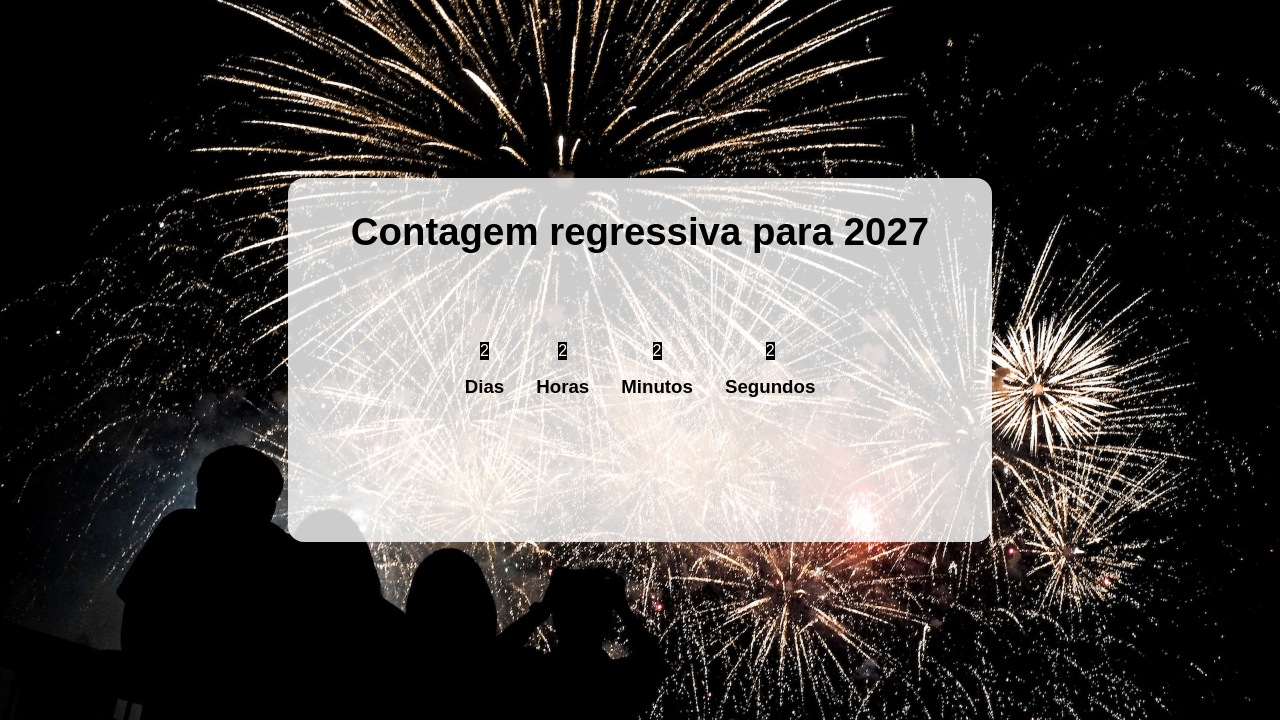
Repository: Bitroia/countdown_timer
Page: / (app in countdown/)
These files come from the project's save history. The page is drawn as it stood at one moment and after the next save; the edit follows.
The browser window is 1280 px wide. The pictures show the whole page.
The project was rebuilt for these pictures with package versions that can differ from the ones it lists, and the page was loaded fresh each time. Also part of the build but not shown: countdown/vite.config.js.

Above is the page before, as saved 2026-07-07 19:12:38.

### countdown/index.html
<!doctype html>
<html lang="en">
  <head>
    <meta charset="UTF-8" />
    <link rel="icon" type="image/svg+xml" href="/favicon.svg" />
    <meta name="viewport" content="width=device-width, initial-scale=1.0" />
    <title>countdown</title>
  </head>
  <body>
    <div id="root"></div>
    <script type="module" src="/src/main.jsx"></script>
  </body>
</html>

### countdown/src/index.css
* {
  margin: 0;
  padding: 0;
  font-family: Arial, Helvetica, sans-serif;

}

body {
  min-height: 100vh;
}

### countdown/src/App.jsx
import "./App.css";
import Title from "./components/Title";
import Counter from "./components/Counter";
import NewYear from "./assets/newyear.jpg";

function App() {
  return (

    <div className="app" style={{ backgroundImage: `url(${NewYear})` }}>
      <div className="container">
        <Title title="Contagem regressiva para 2027" />
        <div className="countdown-container">
          <Counter title="Dias" number={2} />
          <Counter title="Horas" number={2} />
          <Counter title="Minutos" number={2} />
          <Counter title="Segundos" number={2} />
        </div>
      </div>
    </div>
  );
}

export default App;

### countdown/src/App.css
.app {
  min-height: 100vh;
  background-size: cover;
  background-position: center;
  display: flex;
  justify-content: center;
  align-items: center;
}

.container {
  min-width: 50%;
  min-height: 300px;
  background-color: rgba(255, 255, 255, 0.8);
  padding: 2rem;
  border-radius: 1rem;
}

.countdown-container {
  display: flex;
  justify-content: center;
  align-items: center;
  height: 200px;
  gap: 2rem;
}

### countdown/src/components/Title.jsx
import React from 'react'
import './Title.css'

const Title = ({title}) => {
  return (
    <h1 className='title'>{title}</h1>
  )
}

export default Title

### countdown/src/components/Counter.jsx
import React from "react";
import "./Counter.css";

const Counter = ({ title, number }) => {
  return (
    <div className="counter">
      <p className="counter-number">{number}</p>
      <h3 className="counter-text">{title}</h3>
    </div>
  );
};

export default Counter;

### countdown/src/components/Title.css
.title {
  text-align: center;
  margin-bottom: 1rem;
  font-size: 2.4rem;
}

### countdown/src/components/Counter.css
.counter{
    display: flex;
    flex-direction: column;
    align-items: center;
    gap: 1rem;
    justify-content: center;
}

.counter-number{
    background-color: #000;
    color: #fff;


}

Loaded but not shown: countdown/src/main.jsx (common file)

After the next save:
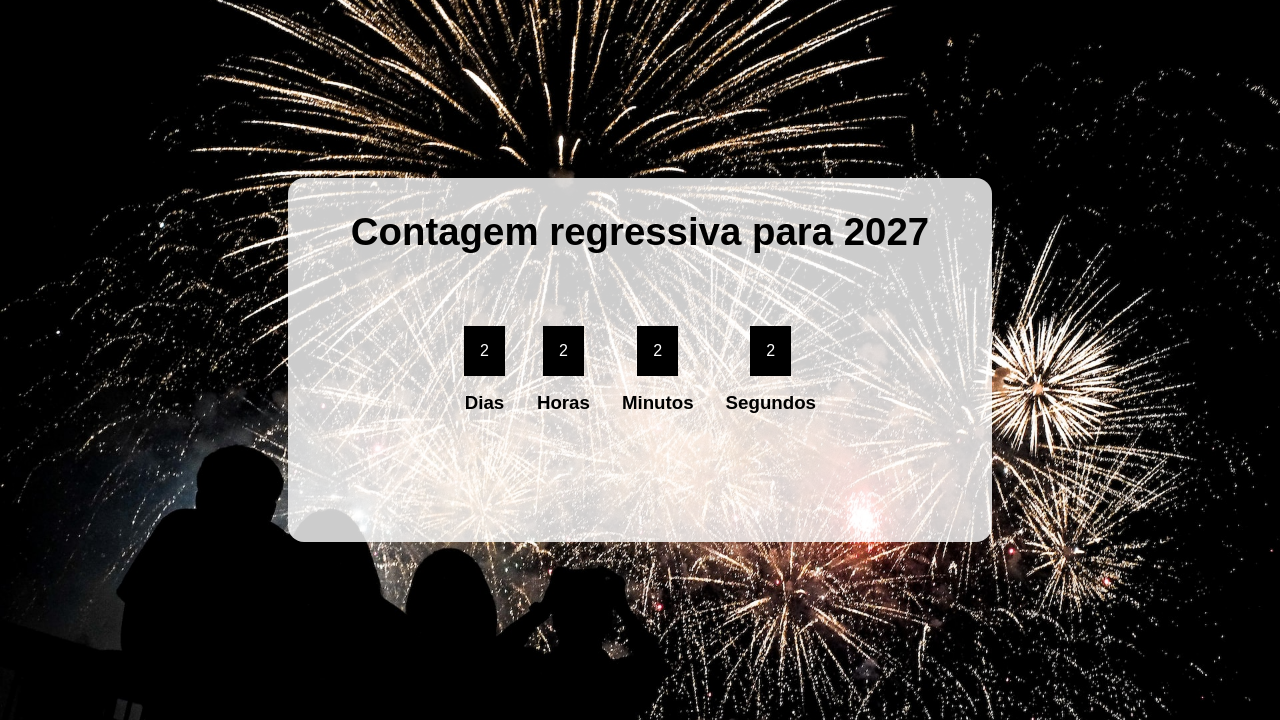
Saved 6 s later.
--- a/countdown/src/components/Counter.css
+++ b/countdown/src/components/Counter.css
@@ -9,6 +9,7 @@
 .counter-number{
     background-color: #000;
     color: #fff;
-
+    padding: 1rem;
+    bor
 
 }
